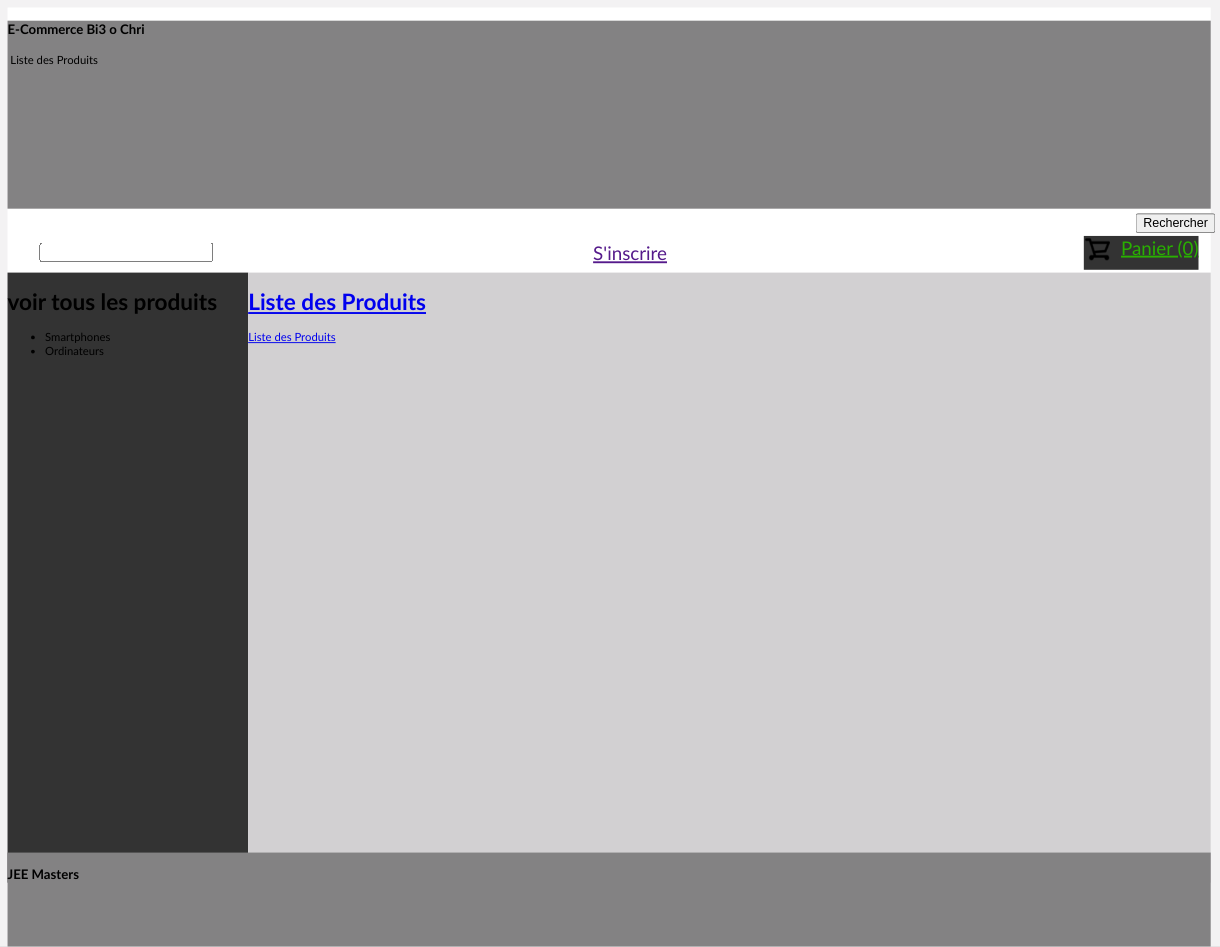
Repository: EBusinesss/Ebusiness
Page: http://localhost/EcomWEB/
An editor plug-in stored every save of this project. The page is shown before and after the next save, followed by the edit.
The browser window is 1280 px wide. The page is 1298 px wide, so the pictures cover 1298 px, including what lies to the right of the window. The pictures show the whole page, at 94% of full size.
The page is served by Tomcat 9. Nobody is signed in. The application's start-up code is not run.

Above is the page before, as saved 2014-12-25 15:10:10.

After the next save:
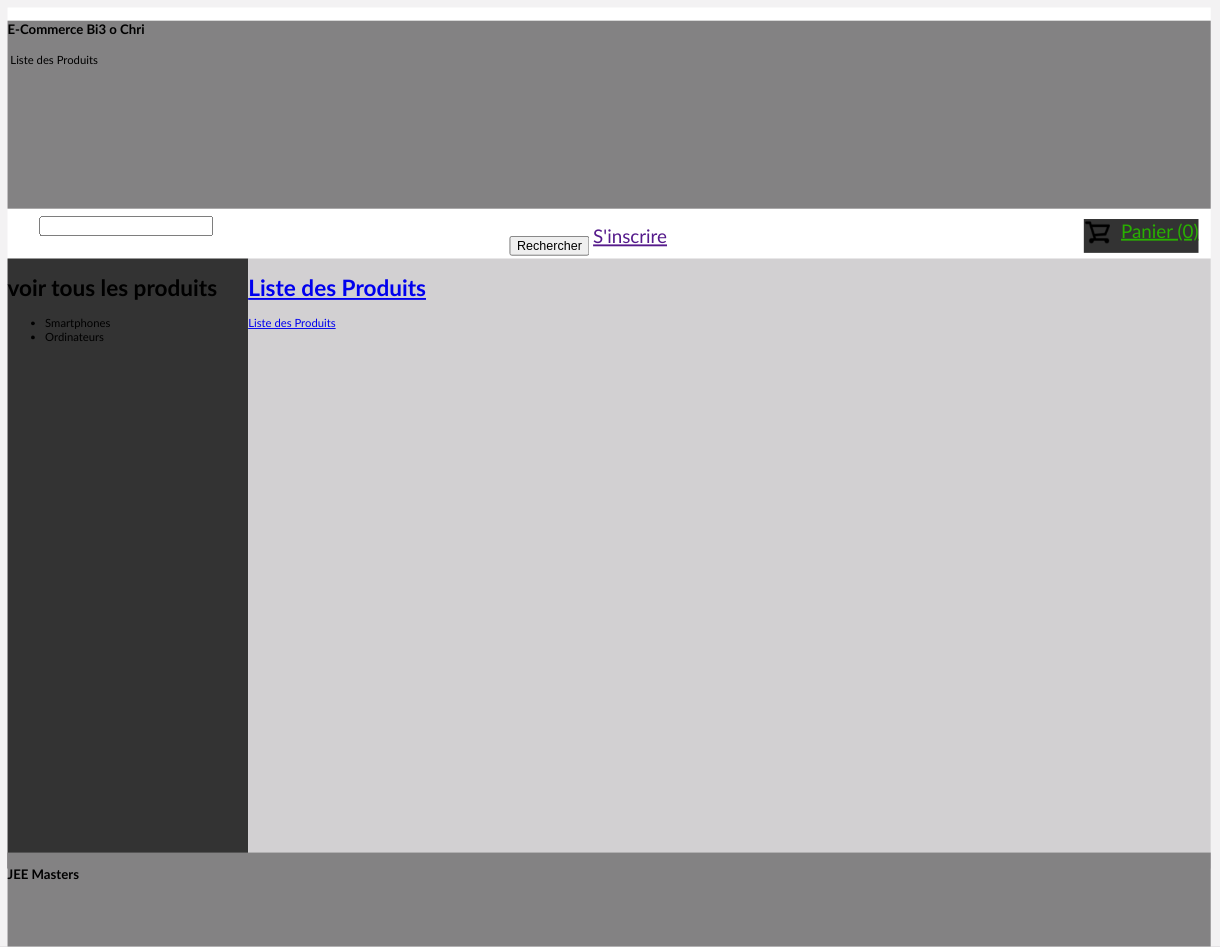
Saved 51 s later.
--- a/Workspace/EcomWEB/WebContent/index.jsp
+++ b/Workspace/EcomWEB/WebContent/index.jsp
@@ -29,10 +29,12 @@
 
 			<table class="tableNavig">
 			<tr>
-				<td><input type="text" id="nomProduitRecherche" height="10" width="25" onkeydown="if (event.keyCode==13) document.getElementById('btnSearch').click()" ></td>
-				<div align="right" colspan="3">
-				<button onclick="Rechercher()" type="button" id="btnSearch">Rechercher</button></div>
-
+				<td>
+					<input type="text" id="nomProduitRecherche" height="10" width="25" onkeydown="if (event.keyCode==13) document.getElementById('btnSearch').click()" >
+					<div align="right" colspan="3">
+						<button onclick="Rechercher()" type="button" id="btnSearch">Rechercher</button>
+					</div>
+				</td>
 
 				<td> <a href=""> S'inscrire</a> </td>
 
